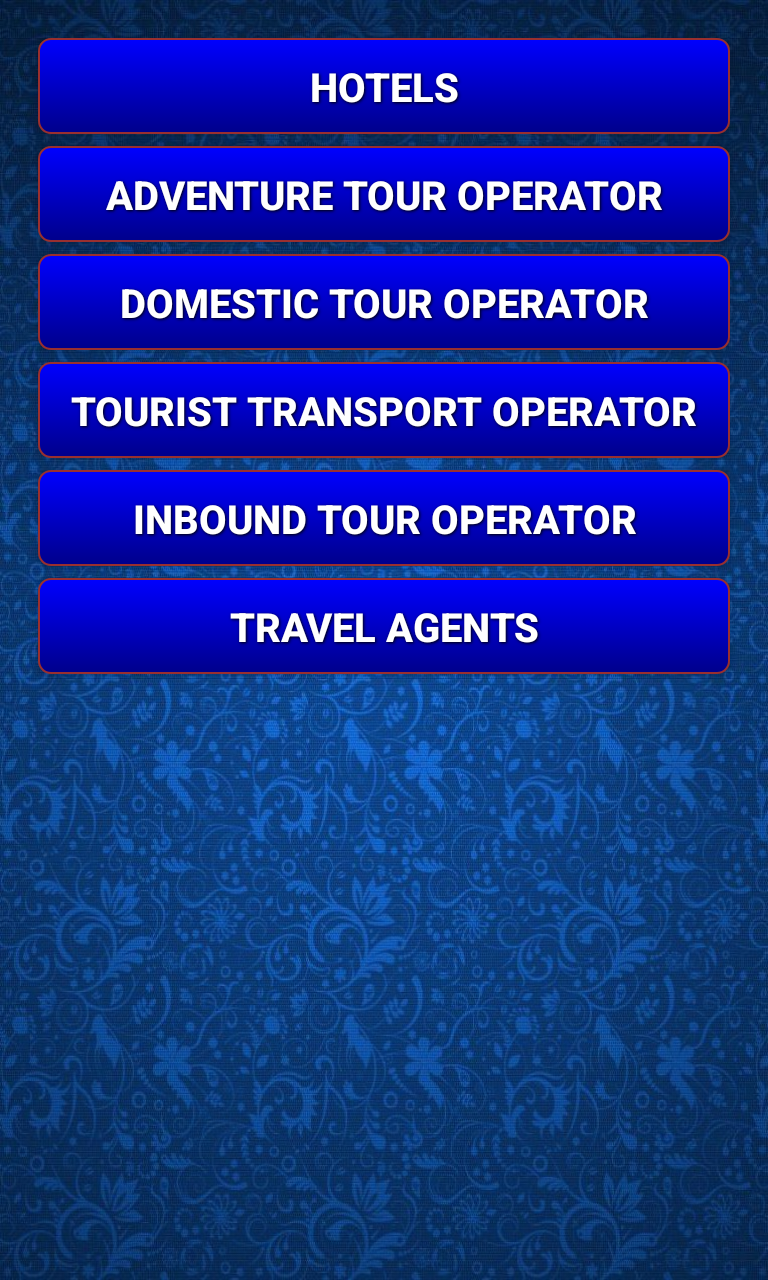
Repository: ayushshah/indsafari
Layout: Indian Safari/res/layout/activity_options_menu.xml
The author's editor kept a copy of each file at every save. The layout is drawn from the files as they stood at one save, then again after the next save.
It is drawn on a 768 x 1280 px phone screen (xhdpi) without system bars, with theme AppTheme; the app's code is not run.

Above is the layout before, as saved 2014-07-27 18:11:58.

### Indian Safari/res/layout/activity_options_menu.xml
<LinearLayout xmlns:android="http://schemas.android.com/apk/res/android"
    xmlns:tools="http://schemas.android.com/tools"
    android:layout_width="match_parent"
    android:layout_height="match_parent"
    android:background="@drawable/back"
    android:orientation="vertical"
    android:paddingBottom="@dimen/activity_vertical_margin"
    android:paddingLeft="@dimen/activity_horizontal_margin"
    android:paddingRight="@dimen/activity_horizontal_margin"
    android:paddingTop="@dimen/activity_vertical_margin"
    tools:context="com.example.pleasework.OptionsMenu" >

    <Button
        style="@style/button_text"
        android:layout_width="match_parent"
        android:layout_height="wrap_content"
        android:background="@drawable/red_button"
        android:onClick="takeToHotels"
        android:text="Hotels" />

    <Button
        style="@style/button_text"
        android:layout_width="match_parent"
        android:layout_height="wrap_content"
        android:background="@drawable/red_button"
        android:onClick="takeToATO"
        android:text="Adventure Tour Operator" />

    <Button
        style="@style/button_text"
        android:layout_width="match_parent"
        android:layout_height="wrap_content"
        android:background="@drawable/red_button"
        android:onClick="takeToDTO"
        android:text="Domestic Tour Operator" />

    <Button
        style="@style/button_text"
        android:layout_width="match_parent"
        android:layout_height="wrap_content"
        android:background="@drawable/red_button"
        android:onClick="takeToTTO"
        android:text="Tourist Transport Operator" />

    <Button
        style="@style/button_text"
        android:layout_width="match_parent"
        android:layout_height="wrap_content"
        android:background="@drawable/red_button"
        android:onClick="takeToITO"
        android:text="Inbound Tour Operator" />

    <Button
        style="@style/button_text"
        android:layout_width="match_parent"
        android:layout_height="wrap_content"
        android:background="@drawable/red_button"
        android:onClick="takeToTA"
        android:text="Travel Agents" />

</LinearLayout>

### Indian Safari/res/values/styles.xml
<resources>

    <!--
        Base application theme, dependent on API level. This theme is replaced
        by AppBaseTheme from res/values-vXX/styles.xml on newer devices.
    -->
    <style name="AppBaseTheme" parent="Theme.AppCompat.Light">
        <!--
            Theme customizations available in newer API levels can go in
            res/values-vXX/styles.xml, while customizations related to
            backward-compatibility can go here.
        -->
    </style>

    <!-- Application theme. -->
    <style name="AppTheme" parent="AppBaseTheme">
        <!-- All customizations that are NOT specific to a particular API-level can go here. -->
    </style>

    <style name="button_text">
        <item name="android:layout_width">fill_parent</item>
        <item name="android:layout_height">wrap_content</item>
        <item name="android:textColor">#ffffff</item>
        <item name="android:gravity">center</item>
        <item name="android:layout_margin">3dp</item>
        <item name="android:textSize">20sp</item>
        <item name="android:textStyle">bold</item>
        <item name="android:shadowColor">#000000</item>
        <item name="android:shadowDx">1</item>
        <item name="android:shadowDy">1</item>
        <item name="android:shadowRadius">2</item>
    </style>

</resources>

### Indian Safari/res/drawable/red_button.xml
<?xml version="1.0" encoding="utf-8"?>
<selector xmlns:android="http://schemas.android.com/apk/res/android">

    <item android:state_pressed="true"><shape>
            <solid android:color="#ef4444" />

            <stroke android:width="1dp" android:color="#992f2f" />

            <corners android:radius="6dp" />

            <padding android:bottom="10dp" android:left="10dp" android:right="10dp" android:top="10dp" />
        </shape></item>
    <item><shape>
            <gradient android:angle="270" android:endColor="@color/DarkBlue" android:startColor="@color/Blue" />

            <stroke android:width="1dp" android:color="#992f2f" />

            <corners android:radius="6dp" />

            <padding android:bottom="10dp" android:left="10dp" android:right="10dp" android:top="10dp" />
        </shape></item>

</selector>

Loaded but not shown: Indian Safari/res/values-v11/styles.xml (common file); Indian Safari/res/values-v14/styles.xml (common file); Indian Safari/res/values/dimens.xml (common file); Indian Safari/res/values-w820dp/dimens.xml (common file); Indian Safari/res/values/color.xml (common file)

After the next save:
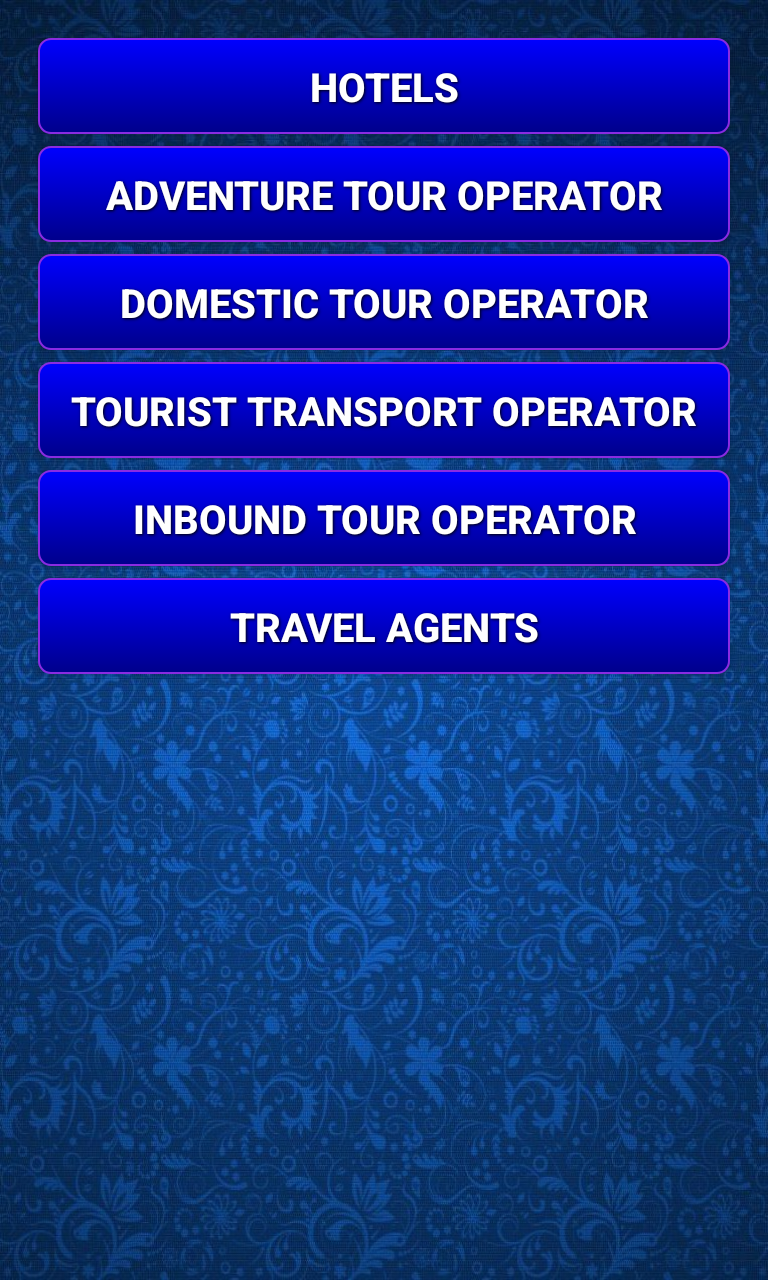
Saved 2 min 42 s later.
--- a/Indian Safari/res/drawable/red_button.xml
+++ b/Indian Safari/res/drawable/red_button.xml
@@ -13,7 +13,7 @@
     <item><shape>
             <gradient android:angle="270" android:endColor="@color/DarkBlue" android:startColor="@color/Blue" />
 
-            <stroke android:width="1dp" android:color="#992f2f" />
+            <stroke android:width="1dp" android:color="@color/BlueViolet" />
 
             <corners android:radius="6dp" />
 
